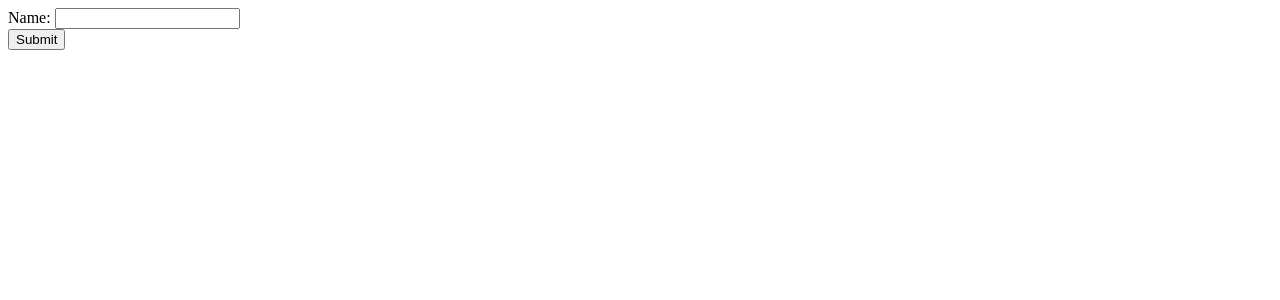
Repository: aya7abbal/Luxor-Customer-Form
Page: index2.html
These files come from the project's save history. The page is drawn as it stood at one moment and after the next save; the edit follows.
The browser window is 1280 px wide. The pictures show the whole page.

Above is the page before, as saved 2023-10-19 21:34:13.

### index2.html
<!DOCTYPE html>
<html lang="en">
<head>
    <meta charset="UTF-8">
    <meta name="viewport" content="width=device-width, initial-scale=1.0">
    <style>
        .form-step {
            opacity: 1;
            transition: opacity 0.3s ease;
        }

        .form-step.hidden {
            opacity: 0;
            pointer-events: none;
            position: absolute;
        }
    </style>
</head>
<body>
    <form id="review-form">
        <div class="form-step">
            <label for="name">Name:</label>
            <input type="text" id="name" name="name">
        </div>
        <div class="form-step hidden">
            <label for="email">Email:</label>
            <input type="email" id="email" name="email">
        </div>
        <div class="form-step hidden">
            <label for="rating">Rating:</label>
            <input type="number" id="rating" name="rating">
        </div>
        <!-- Add more fields as needed -->
        <button type="submit">Submit</button>
    </form>

    <script>
        const form = document.getElementById("review-form");
        const formSteps = document.querySelectorAll(".form-step");

        form.addEventListener("submit", function (e) {
            e.preventDefault();
            const currentStep = document.querySelector(".form-step:not(.hidden)");

            if (currentStep === formSteps[formSteps.length - 1]) {
                alert("Form submitted successfully!");
            } else {
                const nextStep = formSteps[Array.from(formSteps).indexOf(currentStep) + 1];
                currentStep.classList.add("hidden");
                nextStep.classList.remove("hidden");
            }
        });

        // Initialize the first step
        formSteps[0].classList.remove("hidden");
    </script>
</body>
</html>

After the next save:
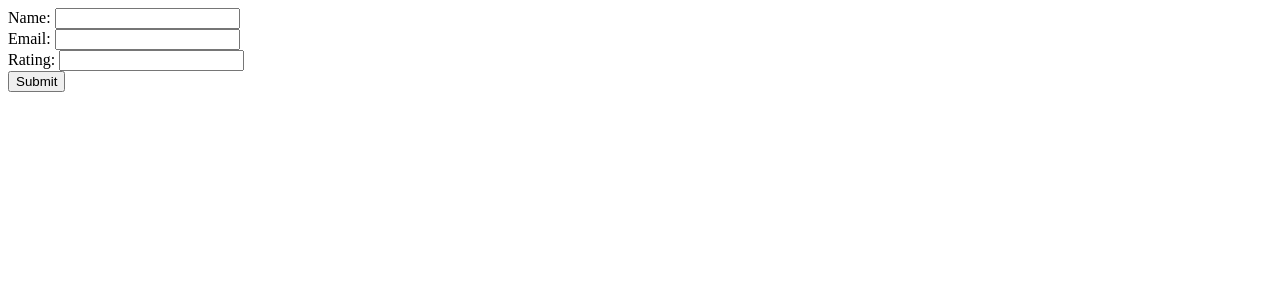
Saved 69 s later.
--- a/index2.html
+++ b/index2.html
@@ -5,14 +5,9 @@
     <meta name="viewport" content="width=device-width, initial-scale=1.0">
     <style>
         .form-step {
+            display: block;
             opacity: 1;
             transition: opacity 0.3s ease;
-        }
-
-        .form-step.hidden {
-            opacity: 0;
-            pointer-events: none;
-            position: absolute;
         }
     </style>
 </head>
@@ -22,11 +17,11 @@
             <label for="name">Name:</label>
             <input type="text" id="name" name="name">
         </div>
-        <div class="form-step hidden">
+        <div class="form-step">
             <label for="email">Email:</label>
             <input type="email" id="email" name="email">
         </div>
-        <div class="form-step hidden">
+        <div class="form-step">
             <label for="rating">Rating:</label>
             <input type="number" id="rating" name="rating">
         </div>
@@ -35,24 +30,20 @@
     </form>
 
     <script>
-        const form = document.getElementById("review-form");
         const formSteps = document.querySelectorAll(".form-step");
 
-        form.addEventListener("submit", function (e) {
-            e.preventDefault();
-            const currentStep = document.querySelector(".form-step:not(.hidden)");
+        formSteps.forEach((step, index) => {
+            const input = step.querySelector('input');
 
-            if (currentStep === formSteps[formSteps.length - 1]) {
-                alert("Form submitted successfully!");
-            } else {
-                const nextStep = formSteps[Array.from(formSteps).indexOf(currentStep) + 1];
-                currentStep.classList.add("hidden");
-                nextStep.classList.remove("hidden");
-            }
+            input.addEventListener('input', (event) => {
+                if (event.target.value) {
+                    // If the input is not empty, focus on the next step's input
+                    if (formSteps[index + 1]) {
+                        formSteps[index + 1].querySelector('input').focus();
+                    }
+                }
+            });
         });
-
-        // Initialize the first step
-        formSteps[0].classList.remove("hidden");
     </script>
 </body>
 </html>
